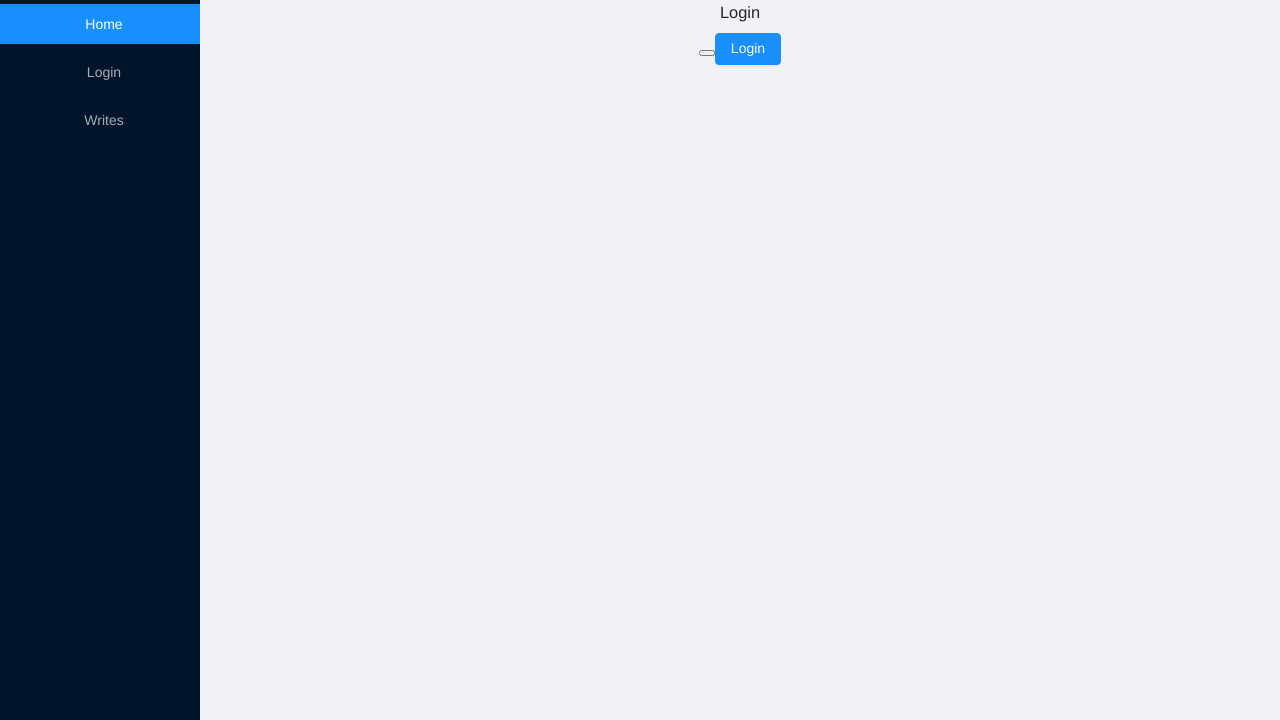
Repository: writesapp/mod
Page: /login
These files come from the project's save history. The page is drawn as it stood at one moment and after the next save; the edit follows.
The browser window is 1280 px wide. The pictures show the whole page.
The project was rebuilt for these pictures with package versions that can differ from the ones it lists, and the page was loaded fresh each time. Also part of the build but not shown: src/views/Home.vue, src/views/Writes.vue.

Above is the page before, as saved 2020-07-09 14:32:08.

After the next save:
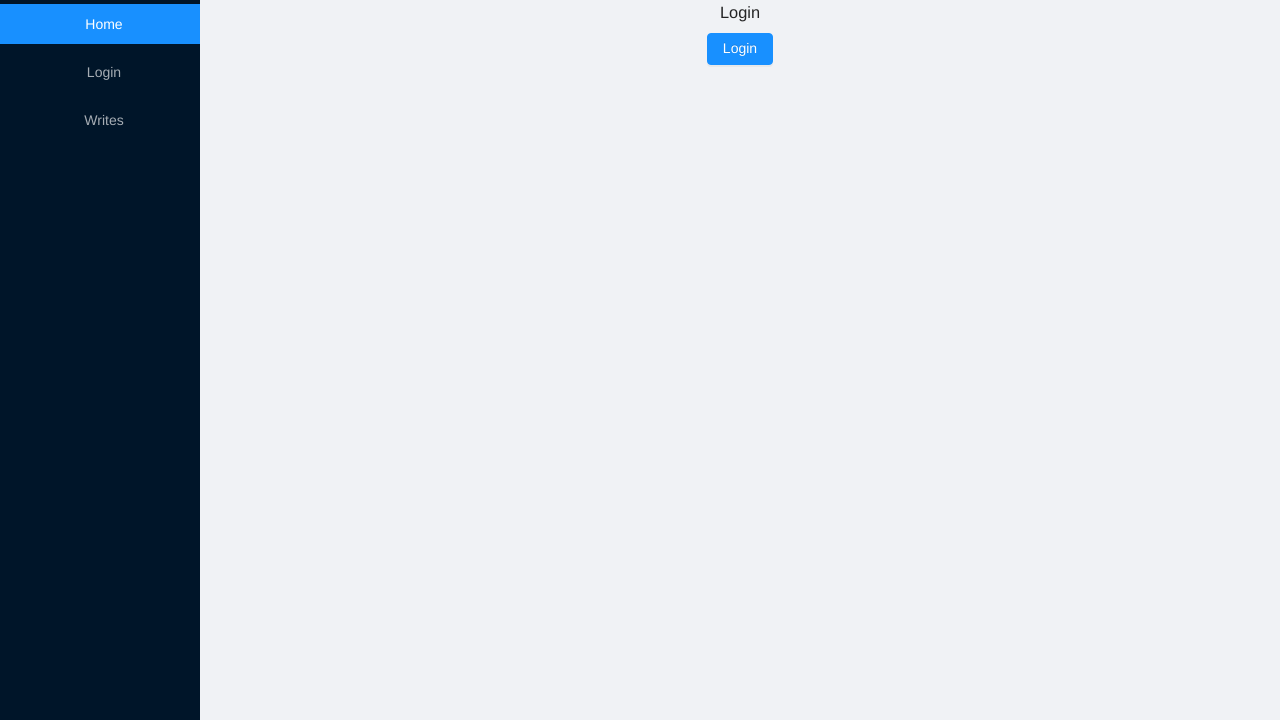
Saved 5 s later.
--- a/src/views/Login.vue
+++ b/src/views/Login.vue
@@ -2,7 +2,6 @@
   <div class="home">
     <div class="login">
       <h1>Login</h1>
-      <Button ></Button>
       <a-button type="primary" @click.native="login()">
       Login
       </a-button>
